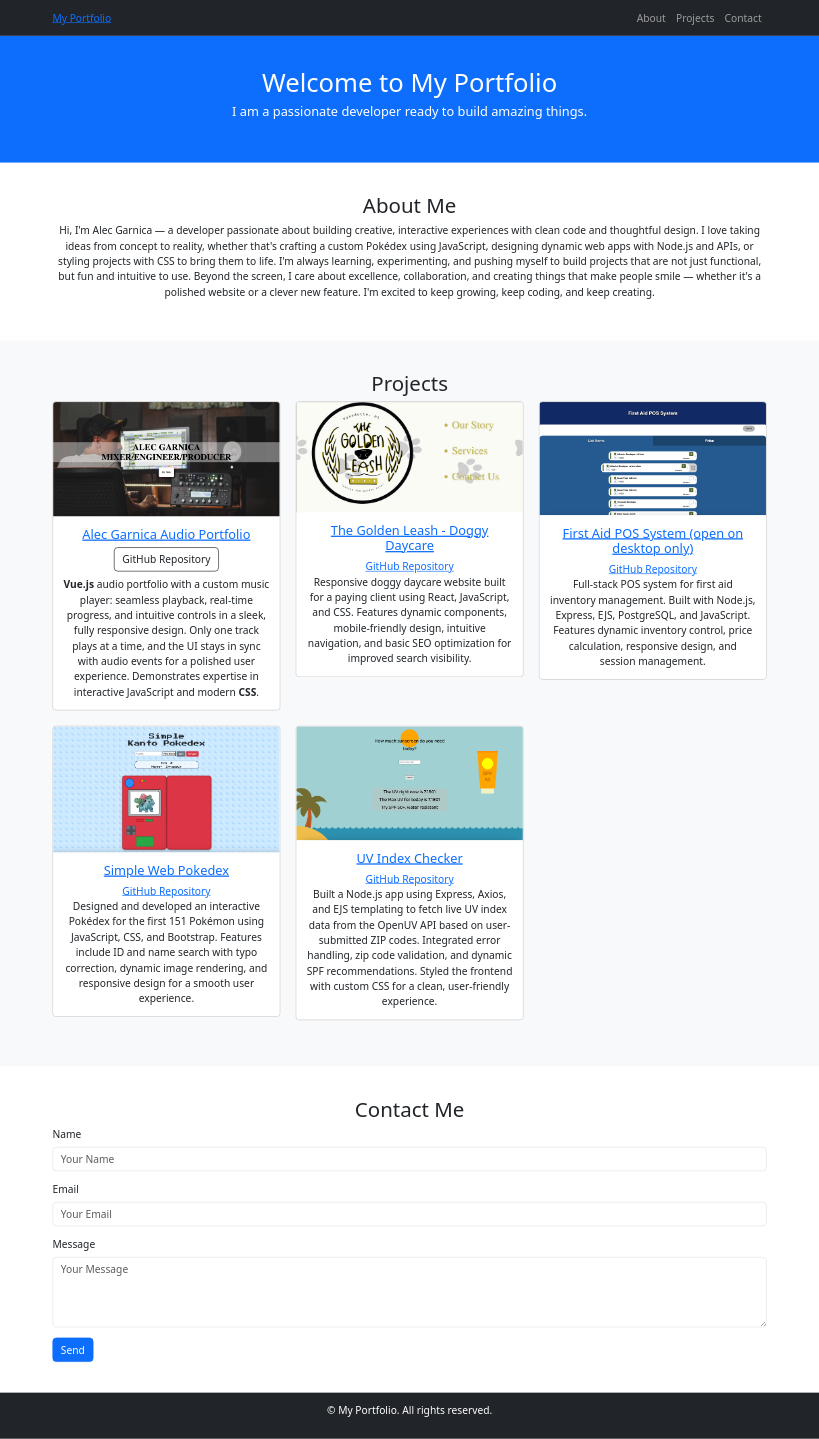
Repository: Aworminator/Portfolio
Page: index.html
An editor plug-in stored every save of this project. The page is shown before and after the next save, followed by the edit.
The browser window is 1280 px wide. The pictures show the whole page, at 64% of full size.

Above is the page before, as saved 2025-09-15 22:33:59.
Console error: ReferenceError: emailjs is not defined

After the next save:
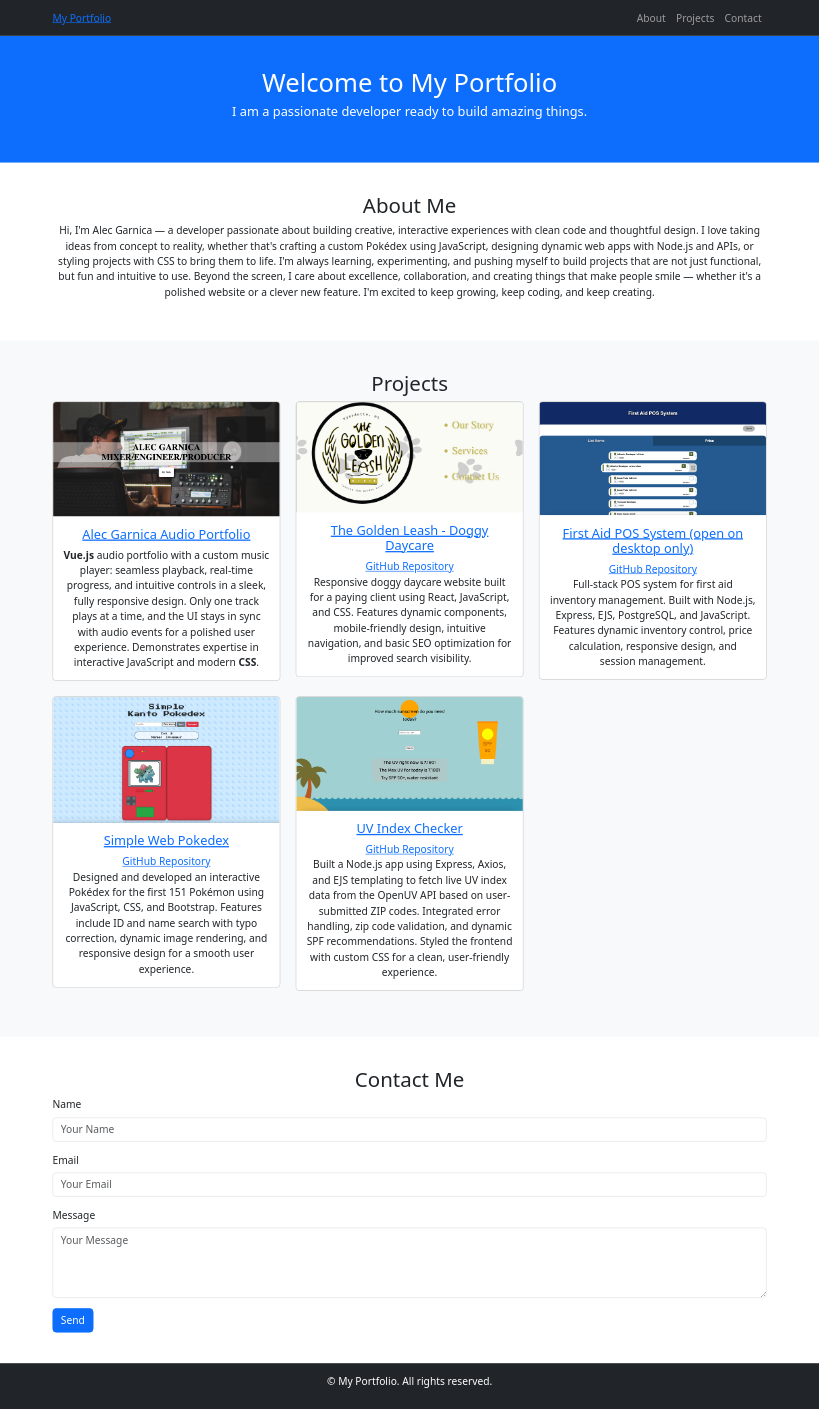
Saved 37 s later.
--- a/index.html
+++ b/index.html
@@ -92,14 +92,7 @@
                     >Alec Garnica Audio Portfolio</a
                   >
                 </h5>
-                <a
-                  href="https://github.com/Aworminator/Alec-Garnica-Audio-Portfolio"
-                  target="_blank"
-                  rel="noopener noreferrer"
-                  class="btn btn-outline-dark mb-2"
-                >
-                  <i class="bi bi-github"></i> GitHub Repository
-                </a>
+
                 <p class="card-text">
                   <strong>Vue.js</strong> audio portfolio with a custom music
                   player: seamless playback, real-time progress, and intuitive

After the save that followed:
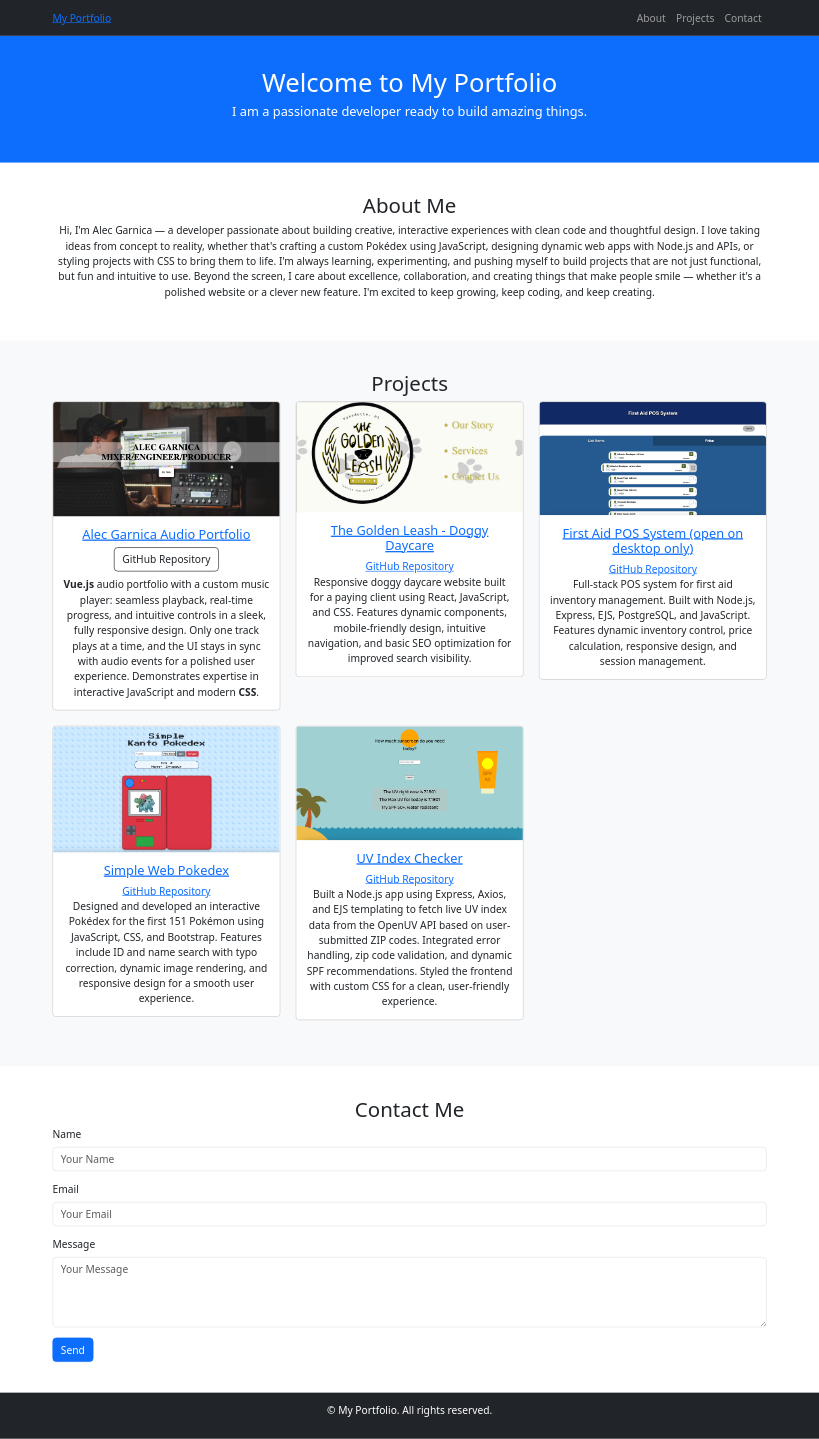
Saved 7 s later.
--- a/index.html
+++ b/index.html
@@ -92,7 +92,14 @@
                     >Alec Garnica Audio Portfolio</a
                   >
                 </h5>
-
+                <a
+                  href="https://github.com/Aworminator/Alec-Garnica-Audio-Portfolio"
+                  target="_blank"
+                  rel="noopener noreferrer"
+                  class="btn btn-outline-dark mb-2"
+                >
+                  <i class="bi bi-github"></i> GitHub Repository
+                </a>
                 <p class="card-text">
                   <strong>Vue.js</strong> audio portfolio with a custom music
                   player: seamless playback, real-time progress, and intuitive
